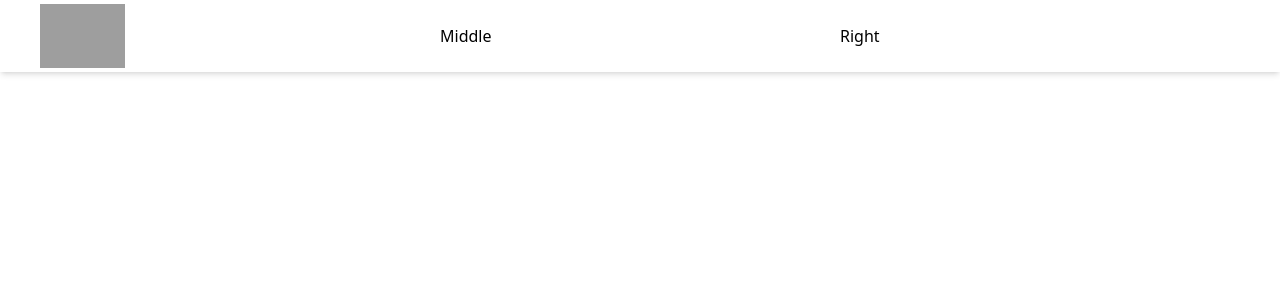
Repository: BroDudeeee/Airbnb-Clone
Page: /
An editor plug-in stored every save of this project. The page is shown before and after the next save, followed by the edit.
The browser window is 1280 px wide. The pictures show the whole page.
Pictures or frames that could not be fetched are drawn as grey boxes. The project was rebuilt for these pictures with package versions that can differ from the ones it lists, and the page was loaded fresh each time. The framework's server and built-in components were replaced by stand-ins that run in the browser. Also part of the build but not shown: next.config.js.

Above is the page before, as saved 2022-06-20 19:25:54.

After the next save:
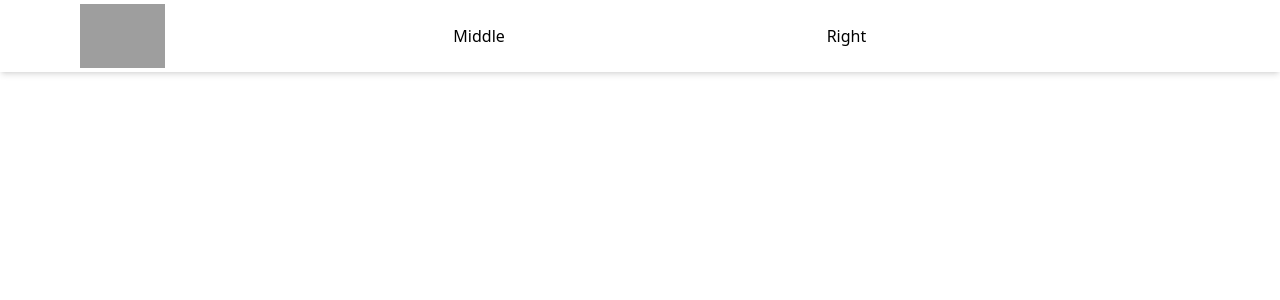
Saved 5 s later.
--- a/components/Header.js
+++ b/components/Header.js
@@ -2,7 +2,7 @@ import Image from 'next/image'
 
 const Header = () => {
   return (
-    <header className='grid grid-cols-3 shadow-md bg-white sticky top-0 z-50 items-center py-1 px-10'>
+    <header className='grid grid-cols-3 shadow-md bg-white sticky top-0 z-50 items-center py-1 px-20'>
       {/* Left */}
       <div className='relative h-16 cursor-pointer'>
         <Image
